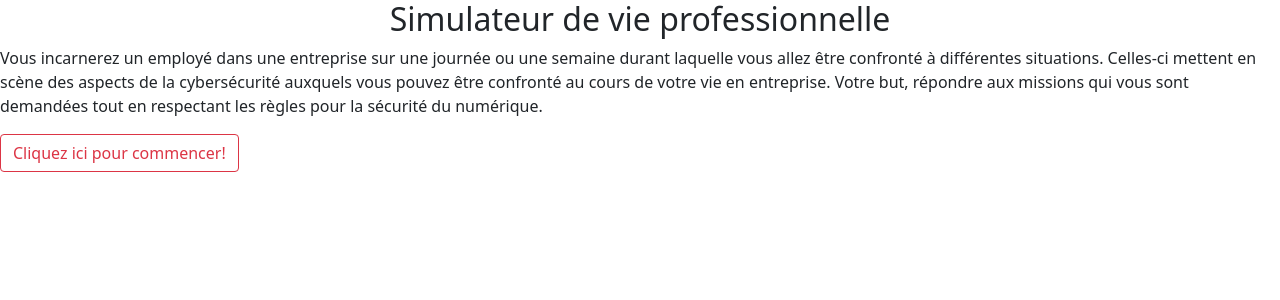
Repository: Geleetz/Workshop-I1-EPSI
Page: http://localhost/
An editor plug-in stored every save of this project. The page is shown before and after the next save, followed by the edit.
The browser window is 1280 px wide. The pictures show the whole page.
The page is run by PHP 8.4 with error messages shown; the project is at /var/www/html/.

Above is the page before, as saved 2021-09-28 10:43:41.

### index.php
<!doctype html>
<html lang="fr">

<head>
  <!-- Required meta tags -->
  <meta charset="utf-8">
  <meta name="viewport" content="width=device-width, initial-scale=1, shrink-to-fit=no">
  <!-- Ajout des librairies CSS -->
  <link href="https://cdn.jsdelivr.net/npm/bootstrap@5.1.1/dist/css/bootstrap.min.css" rel="stylesheet" integrity="sha384-F3w7mX95PdgyTmZZMECAngseQB83DfGTowi0iMjiWaeVhAn4FJkqJByhZMI3AhiU" crossorigin="anonymous">
  <title>Workshop - Accueil</title>

</head>

<body>
  <h2 class="text-center">Simulateur de vie professionnelle</h2>
  <p class="text-justify">Vous incarnerez un employé dans une entreprise sur une journée ou une semaine durant laquelle vous allez être confronté à
    différentes situations. Celles-ci mettent en scène des aspects de la cybersécurité auxquels vous pouvez être confronté au
    cours de votre vie en entreprise. Votre but, répondre aux missions qui vous sont demandées tout en respectant les règles pour
    la sécurité du numérique.</p>
  <form>
    <!--type="submit" formaction="https://fr.w3docs.com/"-->
      <button type="button" class="btn btn-outline-danger">Cliquez ici pour commencer!</button>
  </form>
</body>
<!-- Ajout des librairies JS -->
<script src="https://cdn.jsdelivr.net/npm/bootstrap@5.1.1/dist/js/bootstrap.bundle.min.js" integrity="sha384-/bQdsTh/da6pkI1MST/rWKFNjaCP5gBSY4sEBT38Q/9RBh9AH40zEOg7Hlq2THRZ" crossorigin="anonymous"></script>

</html>

After the next save:
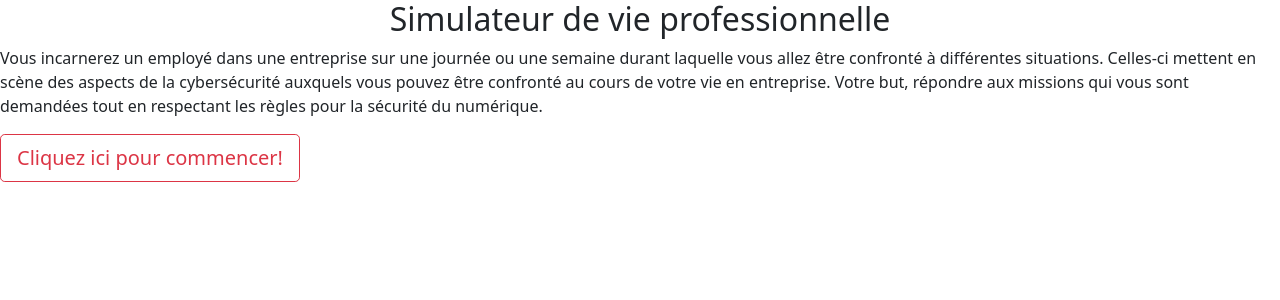
Saved 18 s later.
--- a/index.php
+++ b/index.php
@@ -19,7 +19,7 @@
     la sécurité du numérique.</p>
   <form>
     <!--type="submit" formaction="https://fr.w3docs.com/"-->
-      <button type="button" class="btn btn-outline-danger">Cliquez ici pour commencer!</button>
+      <button type="button" class="btn btn-outline-danger btn-lg">Cliquez ici pour commencer!</button>
   </form>
 </body>
 <!-- Ajout des librairies JS -->
